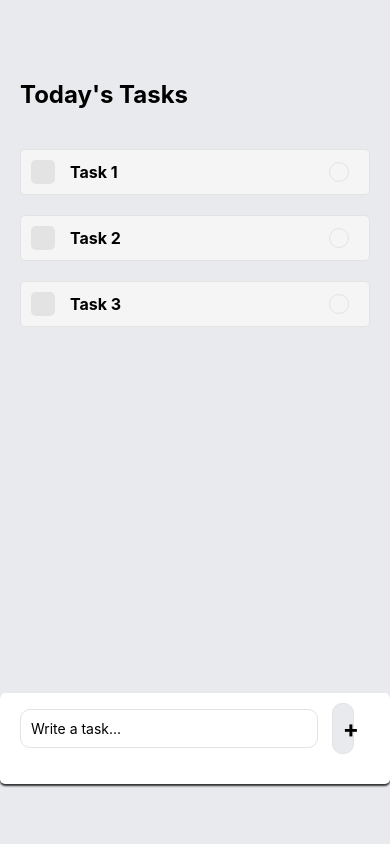
Repository: lomelo-x/ToDo-App
Screen: /
An editor plug-in stored every save of this project. The screen is shown before and after the next save, followed by the edit.
The app was drawn by React Native's web renderer in a window 390 px wide. The project was rebuilt for these pictures with package versions that can differ from the ones it lists, and the page was loaded fresh each time.

Above is the screen before, as saved 2022-06-17 21:28:43.

### App.js
import { StatusBar } from 'expo-status-bar';
import { StyleSheet, Text, View, KeyboardAvoidingView, Platform, TextInput, TouchableOpacity } from 'react-native';
import Task from './components/Task';

export default function App() {
	return (
		<View style={styles.container}>
			<View style={styles.todoContainer}>
				<Text style={styles.sectionTitle}>Today's Tasks</Text>
				<View style={styles.itemsContainer}>
					<Task text={'Task 1'} />
					<Task text={'Task 2'}/>
					<Task text={'Task 3'}/>
				</View>
			</View>
			<KeyboardAvoidingView
			behavior={Platform.OS === 'ios' ? 'padding' : "height" }
			style={styles.writeTaskContainer}>
				<TextInput style={styles.writeTaskInput} placeholder="Write a task..." />
				<TouchableOpacity>
					<View style={styles.addTaskButton}>
						<Text style={styles.addTaskButtonText}>+</Text>
					</View>
				</TouchableOpacity>
			</KeyboardAvoidingView>
		</View>
	);
}

const styles = StyleSheet.create({
	container: {
		flex: 1,
		backgroundColor: '#E8EAED',
	},
	todoContainer: {
		paddingTop: 80,
		paddingHorizontal: 20,
	},
	sectionTitle: {
		fontSize: 24,
		fontWeight: 'bold',
		marginBottom: 20,
	},
	itemsContainer: {
		marginTop: 20,
	},
	writeTaskContainer: {
		position: 'absolute',
		bottom: 60,
		width: '100%',
		flexDirection: 'row',
		alignItems: 'center',
		justifyContent: 'space-between',
		paddingHorizontal: 20,
		paddingVertical: 10,
		backgroundColor: '#fff',
		borderRadius: 5,
		shadowColor: '#000',
		shadowOffset: { width: 0, height: 2 },
		shadowOpacity: 0.8,
		shadowRadius: 2,
		elevation: 1,
		marginTop: 20,
	},
writeTaskInput: {
		borderWidth: 1,
		borderColor: '#e3e3e3',
		borderRadius: 10,
		padding: 10,
		marginBottom: 20,
		width: '85%',
	},
addTaskButton: {
		backgroundColor: '#E8EAED',
		borderRadius: 10,
		borderWidth: 1,
		borderColor: '#e3e3e3',
		marginBottom: 20,
		paddingHorizontal: 10,
		paddingVertical: 10,
		width: '15%',
	},
addTaskButtonText: {
		fontSize: 24,
		fontWeight: 'bold',
	},
});

### components/Task.js
import React from 'react';
import { View, Text, StyleSheet, TouchableOpacity } from 'react-native';

const Task = ({ text }) => {
	return (
		<View style={styles.taskContainer}>
			<View style={styles.taskLeft}>
				<TouchableOpacity style={styles.square}></TouchableOpacity>
				<Text style={styles.taskText}>{text}</Text>
			</View>
			<View style={styles.taskRight}></View>
		</View>
	);
};

const styles = StyleSheet.create({
	taskContainer: {
		backgroundColor: '#f5f5f5',
		padding: 10,
		marginBottom: 10,
		borderRadius: 5,
		borderWidth: 1,
		borderColor: '#e3e3e3',
		flexDirection: 'row',
		alignItems: 'center',
		justifyContent: 'space-between',
		marginBottom: 20,
	},
	taskText: {
		fontSize: 16,
		fontWeight: 'bold',
	},
	taskLeft: {
		flexDirection: 'row',
		alignItems: 'center',
		flexWrap: 'wrap',
		maxWidth: '80%',
	},
	taskRight: {
		width: 20,
		height: 20,
		borderRadius: 50,
		borderColor: '#e3e3e3',
		borderWidth: 1,
		marginRight: 10,
	},
	square: {
		width: 24,
		height: 24,
		backgroundColor: '#e3e3e3',
		borderRadius: 5,
		marginRight: 15,
	},
});

export default Task;

After the next save:
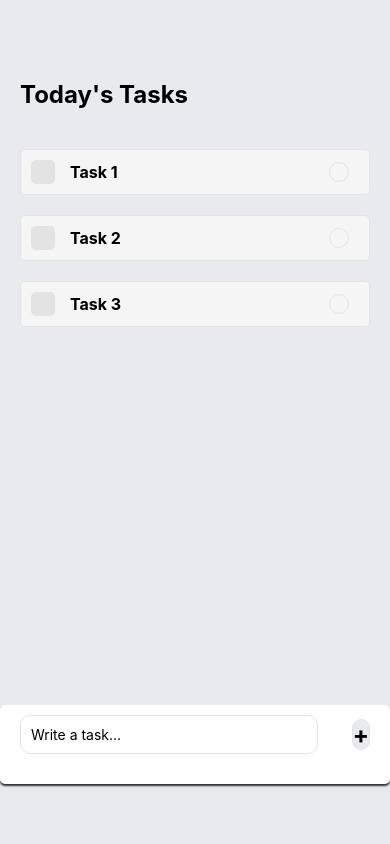
Saved 12 s later.
--- a/App.js
+++ b/App.js
@@ -76,9 +76,6 @@ addTaskButton: {
 		borderWidth: 1,
 		borderColor: '#e3e3e3',
 		marginBottom: 20,
-		paddingHorizontal: 10,
-		paddingVertical: 10,
-		width: '15%',
 	},
 addTaskButtonText: {
 		fontSize: 24,
